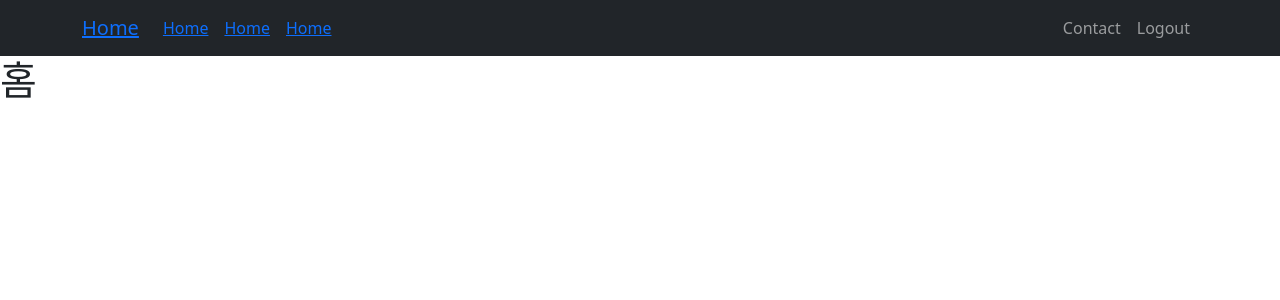
Repository: yangddoddi/community_react
Page: /
These files come from the project's save history. The page is drawn as it stood at one moment and after the next save; the edit follows.
The browser window is 1280 px wide. The pictures show the whole page.
The page's requests for data from a server got no answer. The project was rebuilt for these pictures with package versions that can differ from the ones it lists, and the page was loaded fresh each time. No one was signed in, and anything a server would have sent is missing. Also part of the build but not shown: src/pages/Join.js, src/pages/Login.js, src/pages/Posts.js, src/pages/Write.js.

Above is the page before, as saved 2022-09-06 23:10:21.

### src/App.js
import React, { useEffect, useState } from "react";
import { testAxios } from "./config/testAxios";
import { Header } from "./pages/header/Header";
import { MyRoutes } from "./router/Routes";
import "bootstrap/dist/css/bootstrap.min.css";

const App = () => {
  const [ip, setIp] = useState("");
  const findIp = (data) => {
    setIp(data);
  };

  useEffect(() => {
    testAxios("test", findIp);
  });

  return (
    <>
      <Header />
      <MyRoutes />
    </>
  );
};

export default App;

### src/config/testAxios.js
import axios from "axios";

export const testAxios = (url, findIp) => {
  axios({
    url: "/" + url,
    method: "post",
    baseURL: "http://localhost:8080",
    withCredentials: true,
  }).then((res) => {
    findIp(res.data);
  });
};

### src/pages/header/Header.js
import Container from "react-bootstrap/Container";
import Nav from "react-bootstrap/Nav";
import Navbar from "react-bootstrap/Navbar";
import { NavLink } from "react-bootstrap";
import axios from "axios";
import { Link } from "react-router-dom";

export const Header = () => {
  const logoutHandler = () => {
    axios.post("http://localhost8080/logout").catch((err) => console.log(err));
  };

  return (
    <>
      <Navbar bg="dark" variant="dark">
        <Container>
          <Navbar.Brand>
            <Link to="/" className="header_title">
              Home
            </Link>
          </Navbar.Brand>
          <Nav className="me-auto">
            <Nav.Link>
              <Link to="/" className="header_title">
                Home
              </Link>
            </Nav.Link>
            <Nav.Link>
              <Link to="/" className="header_title">
                Home
              </Link>
            </Nav.Link>
            <Nav.Link>
              <Link to="/" className="header_title">
                Home
              </Link>
            </Nav.Link>
          </Nav>
          <Nav className="right">
            <Nav.Link href="/posts">Contact</Nav.Link>
            <Nav.Link href="/logout" onClick={logoutHandler}>
              Logout
            </Nav.Link>
          </Nav>
        </Container>
      </Navbar>
    </>
  );
};

### src/router/Routes.js
import { Route, Routes } from "react-router-dom";
import { Home } from "../pages/Home";
import { Join } from "../pages/Join";
import { Login } from "../pages/Login";
import { Posts } from "../pages/Posts";
import { Write } from "../pages/Write";

export const MyRoutes = () => {
  return (
    <Routes>
      <Route path="/*" element={<Home />} />
      <Route path="/login" element={<Login />} />
      <Route path="/join" element={<Join />} />
      <Route path="/posts/:id/write" element={<Write />} />
      <Route path="/posts/:id" element={<Posts />} />
      <Route path="/posts/:category" element={<Posts />} />
      <Route path="/posts/:category" element={<Posts />} />
      <Route path="/posts/:category" element={<Posts />} />
    </Routes>
  );
};

### src/pages/Home.js
export const Home = () => {
  return <h1>홈</h1>;
};

Loaded but not shown: public/index.html (common file); src/index.js (common file); src/index.css (common file); src/reportWebVitals.js (common file)

After the next save:
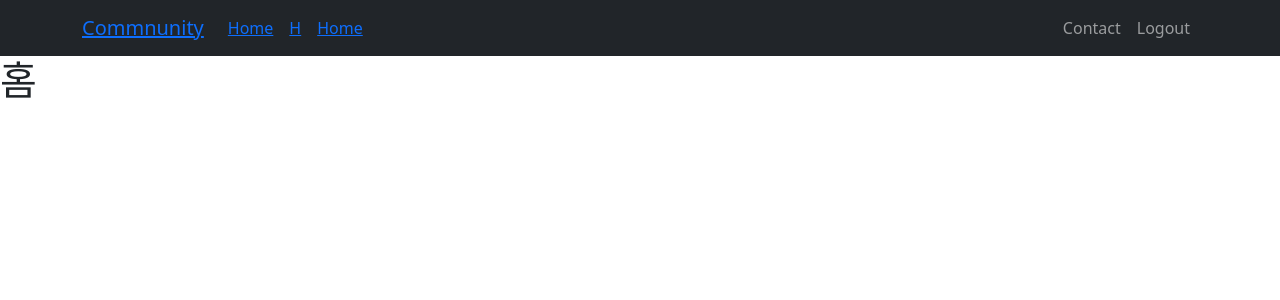
Saved 10 s later.
--- a/src/pages/header/Header.js
+++ b/src/pages/header/Header.js
@@ -16,7 +16,7 @@ export const Header = () => {
         <Container>
           <Navbar.Brand>
             <Link to="/" className="header_title">
-              Home
+              Commnunity
             </Link>
           </Navbar.Brand>
           <Nav className="me-auto">
@@ -27,7 +27,7 @@ export const Header = () => {
             </Nav.Link>
             <Nav.Link>
               <Link to="/" className="header_title">
-                Home
+                H
               </Link>
             </Nav.Link>
             <Nav.Link>
